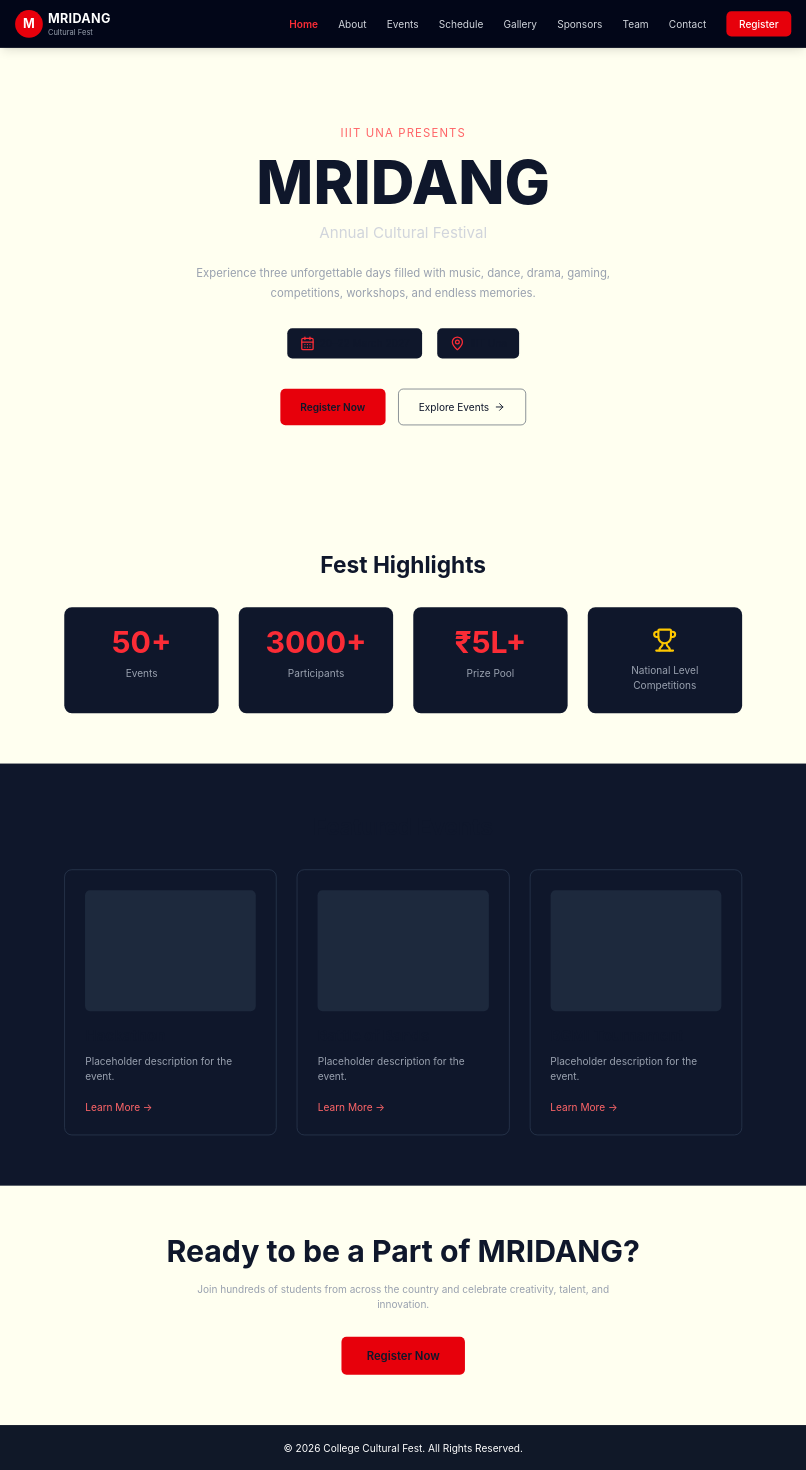
Repository: mridang-iiitu/Mridang-2k26
Page: /
The author's editor kept a copy of each file at every save. The page is drawn from the files as they stood at one save, then again after the next save.
The browser window is 1280 px wide. The pictures show the whole page, at 63% of full size.
The project was rebuilt for these pictures with package versions that can differ from the ones it lists, and the page was loaded fresh each time. Also part of the build but not shown: vite.config.js, src/pages/About.jsx, src/pages/Events.jsx, src/pages/Schedule.jsx, src/pages/Gallery.jsx, src/pages/Sponsors.jsx, src/pages/Team.jsx, src/pages/Contact.jsx.

Above is the page before, as saved 2026-08-03 13:44:52.

### src/index.css
@import "tailwindcss";

html {
  scroll-behavior: smooth;
}

body {
  margin: 0;
  padding: 0;
  font-family: Inter, "Segoe UI", sans-serif;
  background: #FFFFF0;
  color: #1e293b;
}

* {
  box-sizing: border-box;
}

section {
  padding: 80px 8%;
}

::-webkit-scrollbar {
  width: 10px;
}

::-webkit-scrollbar-track {
  background: #0f172a;
}

::-webkit-scrollbar-thumb {
  background: #ef4444;
  border-radius: 10px;
}

::-webkit-scrollbar-thumb:hover {
  background: #dc2626;
}

::selection {
  background: #ef4444;
  color: white;
}

### src/App.jsx
import { BrowserRouter, Routes, Route } from "react-router-dom";

import Navbar from "./components/Navbar";
import Footer from "./components/Footer";

import Home from "./pages/Home";
import About from "./pages/About";
import Events from "./pages/Events";
import Schedule from "./pages/Schedule";
import Gallery from "./pages/Gallery";
import Sponsors from "./pages/Sponsors";
import Team from "./pages/Team";
import Contact from "./pages/Contact";

export default function App() {
  return (
    <BrowserRouter>
      <Navbar />

      <Routes>
        <Route path="/" element={<Home />} />
        <Route path="/about" element={<About />} />
        <Route path="/events" element={<Events />} />
        <Route path="/schedule" element={<Schedule />} />
        <Route path="/gallery" element={<Gallery />} />
        <Route path="/sponsors" element={<Sponsors />} />
        <Route path="/team" element={<Team />} />
        <Route path="/contact" element={<Contact />} />
      </Routes>

      <Footer />
    </BrowserRouter>
  );
}

### src/components/Navbar.jsx
import { Link, NavLink } from "react-router-dom";
import { Menu, X } from "lucide-react";
import { useState } from "react";

export default function Navbar() {
  const [isOpen, setIsOpen] = useState(false);

  const navItems = [
    { name: "Home", path: "/" },
    { name: "About", path: "/about" },
    { name: "Events", path: "/events" },
    { name: "Schedule", path: "/schedule" },
    { name: "Gallery", path: "/gallery" },
    { name: "Sponsors", path: "/sponsors" },
    { name: "Team", path: "/team" },
    { name: "Contact", path: "/contact" },
  ];

  return (
    <nav className="sticky top-0 z-50 bg-slate-950 text-white shadow-lg">
      <div className="mx-auto flex max-w-7xl items-center justify-between px-6 py-4">

        {/* Logo */}
        <Link to="/" className="flex items-center gap-2">
          <div className="flex h-11 w-11 items-center justify-center rounded-full bg-red-600 text-xl font-bold">
            M
          </div>

          <div>
            <h1 className="text-xl font-bold tracking-wide">
              MRIDANG
            </h1>
            <p className="text-xs text-gray-400">
              Cultural Fest
            </p>
          </div>
        </Link>

        {/* Desktop Menu */}
        <div className="hidden items-center gap-8 md:flex">
          {navItems.map((item) => (
            <NavLink
              key={item.name}
              to={item.path}
              className={({ isActive }) =>
                `transition duration-300 ${
                  isActive
                    ? "text-red-500 font-semibold"
                    : "text-gray-300 hover:text-red-400"
                }`
              }
            >
              {item.name}
            </NavLink>
          ))}

          <button className="rounded-lg bg-red-600 px-5 py-2 font-medium transition hover:bg-red-700">
            Register
          </button>
        </div>

        {/* Mobile Menu Button */}
        <button
          className="md:hidden"
          onClick={() => setIsOpen(!isOpen)}
        >
          {isOpen ? <X size={28} /> : <Menu size={28} />}
        </button>
      </div>

      {/* Mobile Menu */}
      {isOpen && (
        <div className="space-y-4 border-t border-slate-800 bg-slate-900 px-6 py-5 md:hidden">
          {navItems.map((item) => (
            <NavLink
              key={item.name}
              to={item.path}
              onClick={() => setIsOpen(false)}
              className={({ isActive }) =>
                `block ${
                  isActive
                    ? "text-red-500 font-semibold"
                    : "text-gray-300"
                }`
              }
            >
              {item.name}
            </NavLink>
          ))}

          <button className="mt-3 w-full rounded-lg bg-red-600 py-2 font-semibold hover:bg-red-700">
            Register
          </button>
        </div>
      )}
    </nav>
  );
}

### src/components/Footer.jsx
export default function Footer() {
  return (
    <footer className="bg-gray-900 text-white text-center py-6">
      <p>© 2026 College Cultural Fest. All Rights Reserved.</p>
    </footer>
  );
}

### src/pages/Home.jsx
import { CalendarDays, MapPin, Trophy, ArrowRight } from "lucide-react";

export default function Home() {
  return (
    <main className="min-h-screen bg-[#FFFFF0] text-slate-900">

      {/* Hero Section */}
      <section className="flex min-h-screen items-center justify-center px-6">
        <div className="max-w-7xl text-center">

          <p className="mb-4 text-lg text-red-400 tracking-widest uppercase">
            IIIT UNA Presents
          </p>

          <h1 className="text-6xl font-extrabold md:text-8xl">
            MRIDANG
          </h1>

          <p className="mt-4 text-2xl text-gray-300">
            Annual Cultural Festival
          </p>

          <p className="mx-auto mt-8 max-w-3xl text-lg leading-8 text-gray-400">
            Experience three unforgettable days filled with music, dance,
            drama, gaming, competitions, workshops, and endless memories.
          </p>

          <div className="mt-10 flex flex-wrap justify-center gap-6">

            <div className="flex items-center gap-2 rounded-lg bg-slate-900 px-5 py-3">
              <CalendarDays className="text-red-500" />
              20–22 March 2027
            </div>

            <div className="flex items-center gap-2 rounded-lg bg-slate-900 px-5 py-3">
              <MapPin className="text-red-500" />
              IIIT Una
            </div>

          </div>

          <div className="mt-12 flex justify-center gap-5">

            <button className="rounded-lg bg-red-600 px-8 py-4 font-semibold transition hover:bg-red-700">
              Register Now
            </button>

            <button className="flex items-center gap-2 rounded-lg border border-gray-600 px-8 py-4 hover:bg-slate-900">
              Explore Events
              <ArrowRight size={18} />
            </button>

          </div>

        </div>
      </section>

      {/* Highlights */}
      <section className="px-6 py-24">
        <div className="mx-auto max-w-7xl">

          <h2 className="mb-12 text-center text-4xl font-bold">
            Fest Highlights
          </h2>

          <div className="grid gap-8 md:grid-cols-4">

            <div className="rounded-xl bg-slate-900 p-8 text-center">
              <h3 className="text-5xl font-bold text-red-500">50+</h3>
              <p className="mt-3 text-gray-400">Events</p>
            </div>

            <div className="rounded-xl bg-slate-900 p-8 text-center">
              <h3 className="text-5xl font-bold text-red-500">3000+</h3>
              <p className="mt-3 text-gray-400">Participants</p>
            </div>

            <div className="rounded-xl bg-slate-900 p-8 text-center">
              <h3 className="text-5xl font-bold text-red-500">₹5L+</h3>
              <p className="mt-3 text-gray-400">Prize Pool</p>
            </div>

            <div className="rounded-xl bg-slate-900 p-8 text-center">
              <Trophy className="mx-auto mb-4 text-yellow-400" size={40} />
              <p className="text-gray-400">National Level Competitions</p>
            </div>

          </div>

        </div>
      </section>

      {/* Featured Events */}
      <section className="px-6 py-20 bg-slate-900">

        <div className="mx-auto max-w-7xl">

          <h2 className="mb-12 text-center text-4xl font-bold">
            Featured Events
          </h2>

          <div className="grid gap-8 md:grid-cols-3">

            {[
              "Hackathon",
              "Battle of Bands",
              "BGMI Tournament",
            ].map((event) => (
              <div
                key={event}
                className="rounded-xl border border-slate-700 p-8 transition hover:border-red-500"
              >
                <div className="mb-6 h-48 rounded-lg bg-slate-800"></div>

                <h3 className="text-2xl font-bold">
                  {event}
                </h3>

                <p className="mt-3 text-gray-400">
                  Placeholder description for the event.
                </p>

                <button className="mt-6 text-red-400 hover:text-red-500">
                  Learn More →
                </button>

              </div>
            ))}

          </div>

        </div>

      </section>

      {/* CTA */}
      <section className="px-6 py-24 text-center">

        <h2 className="text-5xl font-bold">
          Ready to be a Part of MRIDANG?
        </h2>

        <p className="mx-auto mt-6 max-w-2xl text-gray-400">
          Join hundreds of students from across the country and celebrate
          creativity, talent, and innovation.
        </p>

        <button className="mt-10 rounded-lg bg-red-600 px-10 py-4 text-lg font-semibold hover:bg-red-700">
          Register Now
        </button>

      </section>

    </main>
  );
}

Loaded but not shown: index.html (common file); src/main.jsx (common file)

After the next save:
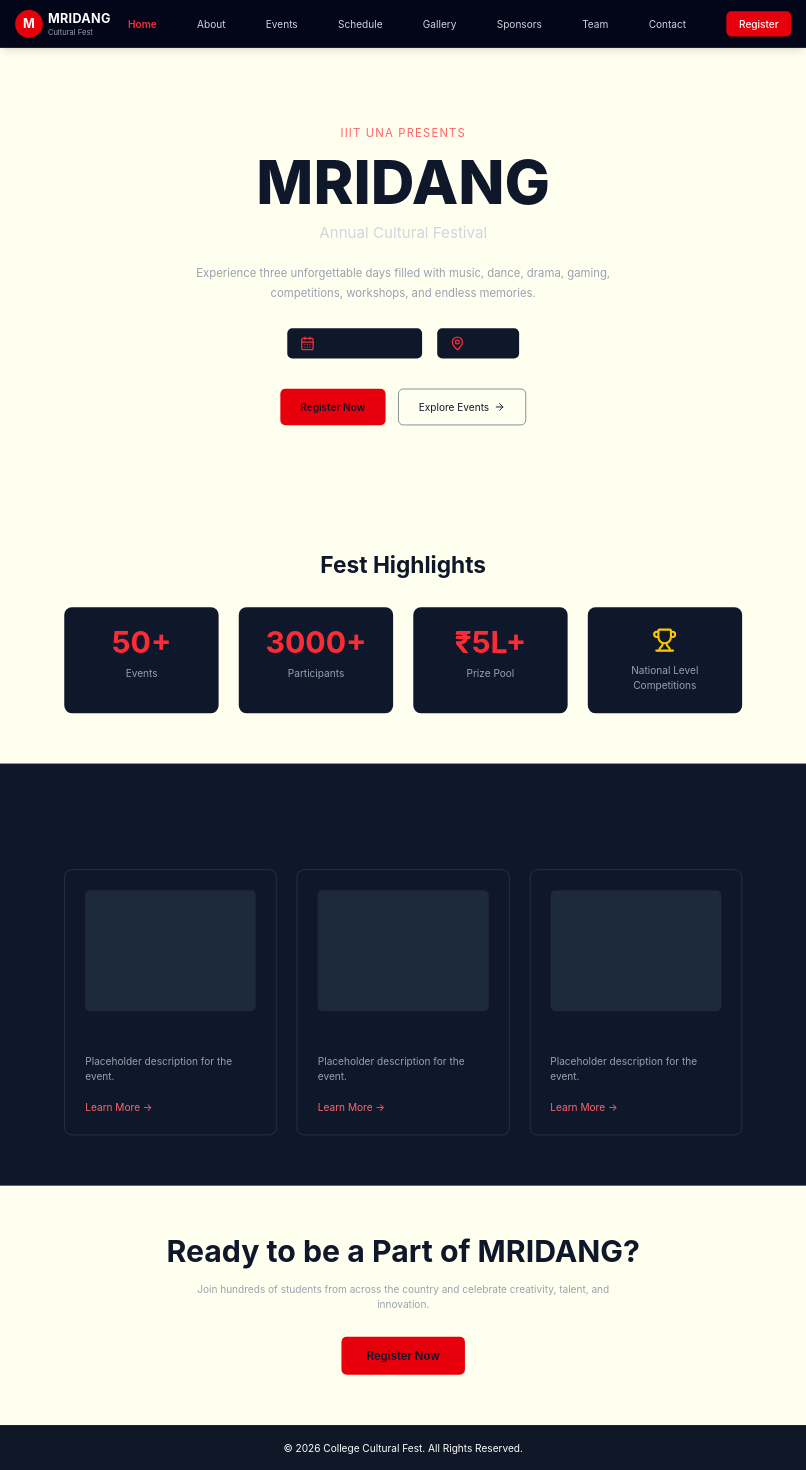
Saved 2 min 46 s later.
--- a/src/components/Navbar.jsx
+++ b/src/components/Navbar.jsx
@@ -37,7 +37,7 @@
         </Link>
 
         {/* Desktop Menu */}
-        <div className="hidden items-center gap-8 md:flex">
+        <div className="hidden items-center gap-16 md:flex">
           {navItems.map((item) => (
             <NavLink
               key={item.name}
